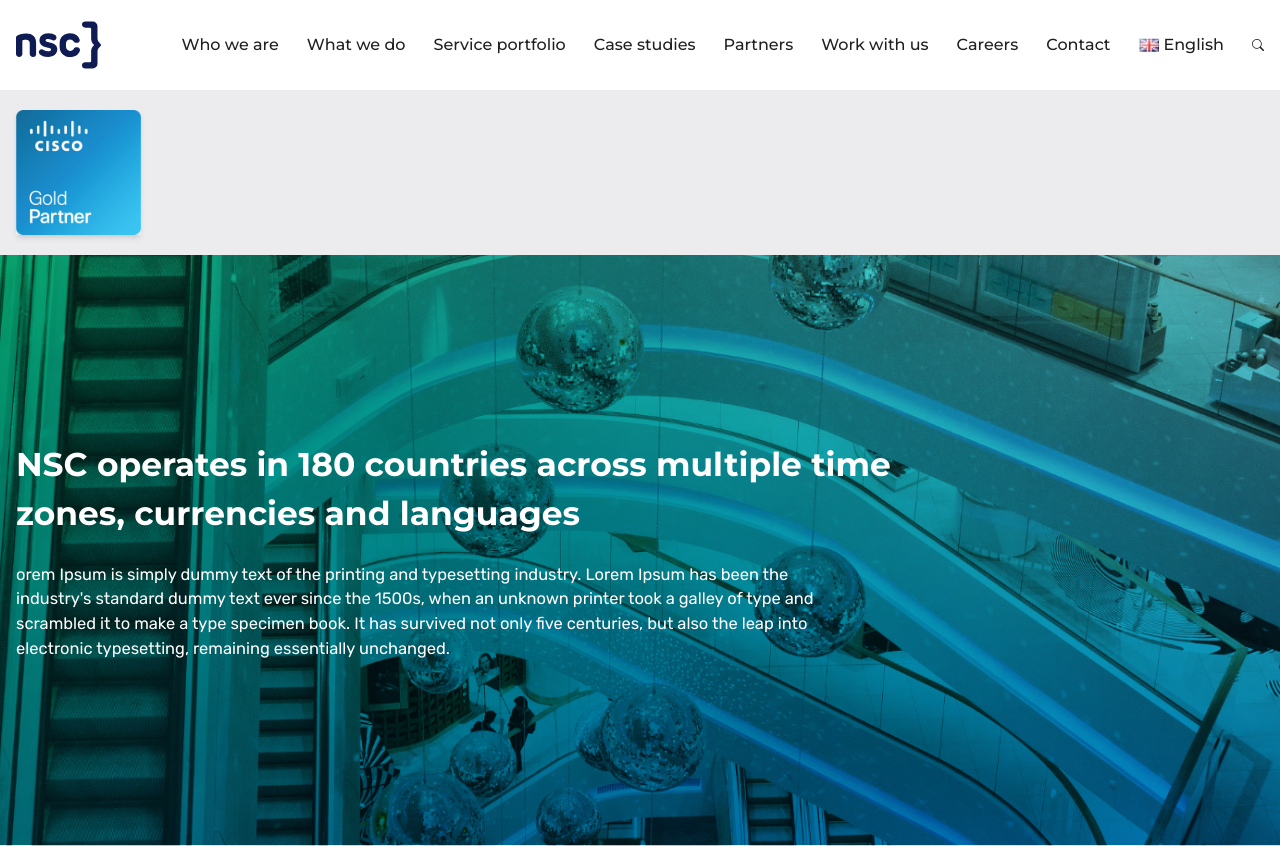
Repository: spaceship9999/ReactIsBack
Page: /
An editor plug-in stored every save of this project. The page is shown before and after the next save, followed by the edit.
The browser window is 1280 px wide. The pictures show the whole page.
The project was rebuilt for these pictures with package versions that can differ from the ones it lists, and the page was loaded fresh each time. The framework's server and built-in components were replaced by stand-ins that run in the browser. Also part of the build but not shown: next.config.js.

Above is the page before, as saved 2023-03-25 00:48:22.

### src/app/layout.tsx
import './globals.scss'

export const metadata = {
  title: 'Create Next App',
  description: 'Generated by create next app',
}

export default function RootLayout({
  children,
}: {
  children: React.ReactNode
}) {
  return (
    <html lang="en">
      <body>{children}</body>
    </html>
  )
}

### src/app/page.tsx
import Link from "next/link";
import Header from "./Header";
import Award from "./Award";
import Banner from "./Banner";

export default function Home() {
  return (
    <main>
      <Header></Header>
      <Award/>
      <Banner
        heading="NSC operates in 180 countries across multiple time zones, currencies and languages"
        image="/img/Cisco_Banner.png" content="orem Ipsum is simply dummy text of the printing and typesetting industry. Lorem Ipsum has been the industry's standard dummy text ever since the 1500s, when an unknown printer took a galley of type and scrambled it to make a type specimen book. It has survived not only five centuries, but also the leap into electronic typesetting, remaining essentially unchanged." position={""}/>
    </main>
  )
}

### src/app/globals.scss
@tailwind base;
@tailwind components;
@tailwind utilities;

@import "./scss/fonts";
@import "./scss/global";
@import "./scss/typography";

### src/app/Header.tsx
import Link from "next/link";

export default function Header() {
    return (
        <div className="container py-5">
            <div className="flex justify-between items-center">
                <Link href="/" >
                    <Logo className="w-[85px] h-[50px]" />
                </Link>
                <nav className="flex gap-7 font-montserrat font-medium text-grey">
                    <Link href="/who-we-are" >
                        Who we are
                    </Link>
                    <Link href="/what-we-do" >
                        What we do
                    </Link>
                    <Link href="/what-we-do" >
                        Service portfolio
                    </Link>
                    <Link href="/what-we-do" >
                        Case studies
                    </Link>
                    <Link href="/what-we-do" >
                        Partners
                    </Link>
                    <Link href="/what-we-do" >
                        Work with us
                    </Link>
                    <Link href="/what-we-do" >
                        Careers
                    </Link>
                    <Link href="/what-we-do" >
                        Contact
                    </Link>
                    <button className="flex items-center gap-x-1">
                        <img src="/img/gb-flag.png" className="w-full"/>
                        English
                    </button>
                    <button>
                        <Search/>
                    </button>
                </nav>
            </div>
        </div>
    )
}


const Logo = (props : { className: string}) => {
    const { className } = props;
    return (
        <svg className={className} xmlns="http://www.w3.org/2000/svg" viewBox="0 0 283.4 156" preserveAspectRatio="xMinYMid meet">
            <path id="nsc_global_logo" d="M67,107.8a10.074,10.074,0,0,1-10,9.9c-5.9.2-11.2-4.5-11.2-9.9V71.6c0-7.4-4.1-11.5-12.4-11.5-6.3,0-12.2.6-12.2,4.2v43.5c0,5.4-4.4,9.9-10.9,9.9-4.9,0-10.3-4.4-10.3-9.9V54.2c0-3.6,1-5.3,3.5-7C8,44,18.6,39.3,34,39.3c21.6,0,33,11.2,33,31.2Zm48.8-37.6L106,68c-6.4-1.4-7.3-3.2-7.3-5,0-3,3.1-4.7,8.6-4.7a31.5,31.5,0,0,1,10.9,2.5,19.538,19.538,0,0,0,7.6,2,8.7,8.7,0,0,0,6.7-3.1,10.468,10.468,0,0,0,2.5-7.6,9.067,9.067,0,0,0-3.5-6.6c-4.9-4-13.9-6.5-23.5-6.5-18,0-29.7,9.6-29.7,24.4,0,11.1,7.4,18.9,21.3,22.5,3.8,1,4.8,1.2,6.8,1.6.9.2,1.9.4,3.5.8,6.2,1.5,7.1,3.5,7.1,5.3,0,4.6-6.5,5.1-9.3,5.1a31.582,31.582,0,0,1-15.9-4.4,12.9,12.9,0,0,0-6.2-2A9.431,9.431,0,0,0,78,96.2c-3,3.9-2.1,10,1.9,13.3,4.6,3.8,13,8.3,27.4,8.3,18.2,0,30.4-10.2,30.4-25.4-.1-11.4-7.2-18.7-21.9-22.2Zm95.9,19.2c-2.2-2.9-6.3-4.2-10-4-4.7.2-7.3,1.7-9,4.9-2.7,4.7-6.5,7.3-12.2,7.3-7.8,0-12.9-4.9-13.7-12.9a95.4,95.4,0,0,1,0-13.1c.8-7.7,5.8-12.1,13.7-12.1a13.278,13.278,0,0,1,11.2,6.1c2.7,3.9,5.7,5.1,8.8,5.2,3.7.2,8-.7,10.6-3.9,1.4-1.7,1.7-4.3,1-7C209.8,51,199,39.2,179.9,39.2c-19,0-33.1,12.1-34.2,29.5a152.151,152.151,0,0,0,0,19.1c1.5,17.5,15.9,30.3,34.2,30.3,19.1,0,29.9-10.6,33-21.3.8-3.3.1-5.7-1.2-7.4Zm60,12.3c0-14.8,11.7-17.8,11.7-23.7s-11.7-8.9-11.7-23.7V15.9A15.939,15.939,0,0,0,255.8,0H231c-6.1,0-11,4-11,10,0,6.3,5.1,10.3,11.1,10.3h14.6a4.739,4.739,0,0,1,4.8,4.8V54.3c0,18.9,9.7,20.5,9.7,23.7s-9.7,4.9-9.7,23.7v29.2a4.739,4.739,0,0,1-4.8,4.8H231.1c-6,0-11.1,3.9-11.1,10.3,0,6,4.9,10,11.1,10h24.8a15.938,15.938,0,0,0,15.9-15.9V101.7Z" fill="#0f1c54"></path>
        </svg>
    )
}

const Search = () => {
    return (
        <svg xmlns="http://www.w3.org/2000/svg" className="w-3 h-3" fill="currentColor" viewBox="0 0 16 16">
            <path d="M11.742 10.344a6.5 6.5 0 1 0-1.397 1.398h-.001c.03.04.062.078.098.115l3.85 3.85a1 1 0 0 0 1.415-1.414l-3.85-3.85a1.007 1.007 0 0 0-.115-.1zM12 6.5a5.5 5.5 0 1 1-11 0 5.5 5.5 0 0 1 11 0z" />
        </svg>
    )
}

### src/app/Award.tsx
export default function Award() {
    return (
        <div className="bg-light-grey py-5">
            <div className="container">
                <img className="w-[125px] shadow-md" src="/img/cisco-partner-o.png"/>
            </div>
        </div>
    )
}

### src/app/Banner.tsx

interface BannerProps {
    heading: string;
    content: string;
    image: string;
    position: string;
}



export default function Banner({heading, content, image, position = "center"}: BannerProps) {
    return (
        <div className="py-20 md:py-24 lg:py-[185px] relative">
            <img src={image}
             className={`absolute inset-0 w-full h-full object-cover ${position === 'center' ? 'object-center': 'object-start'}`}/>
             <div className="container">
                <div className="flex flex-col items-center relative z-10 text-white md:max-w-[910px]">
                    <h2 className="text-white font-montserrat t-36 font-bold mb-6">{heading}</h2>
                    <div className="font-rubik t-24 lg:pr-20">
                        { content }
                    </div>
                </div>
             </div>
        </div>
    )
}

### src/app/scss/_fonts.scss
@font-face {
    font-family: 'Rubik';
    font-display: swap;
    font-style: italic;
    src: url(/fonts/Rubik-Italic-VariableFont_wght.ttf) format('truetype'),
}

@font-face {
    font-family: 'Rubik';
    font-display: swap;
    font-style: normal;
    src: url(/fonts/Rubik-VariableFont_wght.ttf) format('truetype'),
}

@font-face {
    font-family: 'Montserrat';
    font-display: swap;
    font-style: normal;
    src: url(/fonts/Montserrat-VariableFont_wght.ttf) format('truetype'),
}

@font-face {
    font-family: 'Montserrat';
    font-display: swap;
    font-style: italic;
    src: url(/fonts/Montserrat-Italic-VariableFont_wght.ttf) format('truetype'),
}

### src/app/scss/_global.scss
.container {
    width: 100%;
    max-width: 1408px;
    padding-left: 1rem;
    padding-right: 1rem;
}

### src/app/scss/_typography.scss
.t-36 {
    font-size: clamp(24px, 2.571vw, 36px);
}

.t-24 {
    font-size: clamp(16px, 1.286vw, 24px);
}

### tailwind.config.js
/** @type {import('tailwindcss').Config} */
/** @type {import('tailwindcss').Config} */
module.exports = {
  content: [
    "./app/**/*.{js,ts,jsx,tsx}",
    "./pages/**/*.{js,ts,jsx,tsx}",
    "./components/**/*.{js,ts,jsx,tsx}",

    // Or if using `src` directory:
    "./src/**/*.{js,ts,jsx,tsx}",
  ],
  theme: {
    extend: {
      fontFamily: {
        "montserrat": ["Montserrat", 'sans-serif'],
        "rubik": ["Rubik", 'sans-serif'],
      },
      container: {
        center: true,
      },
      colors: {
        "grey": "#202020",
        "light-grey": "#ECECEE",
      }
    },
  },
  plugins: [],
}

After the next save:
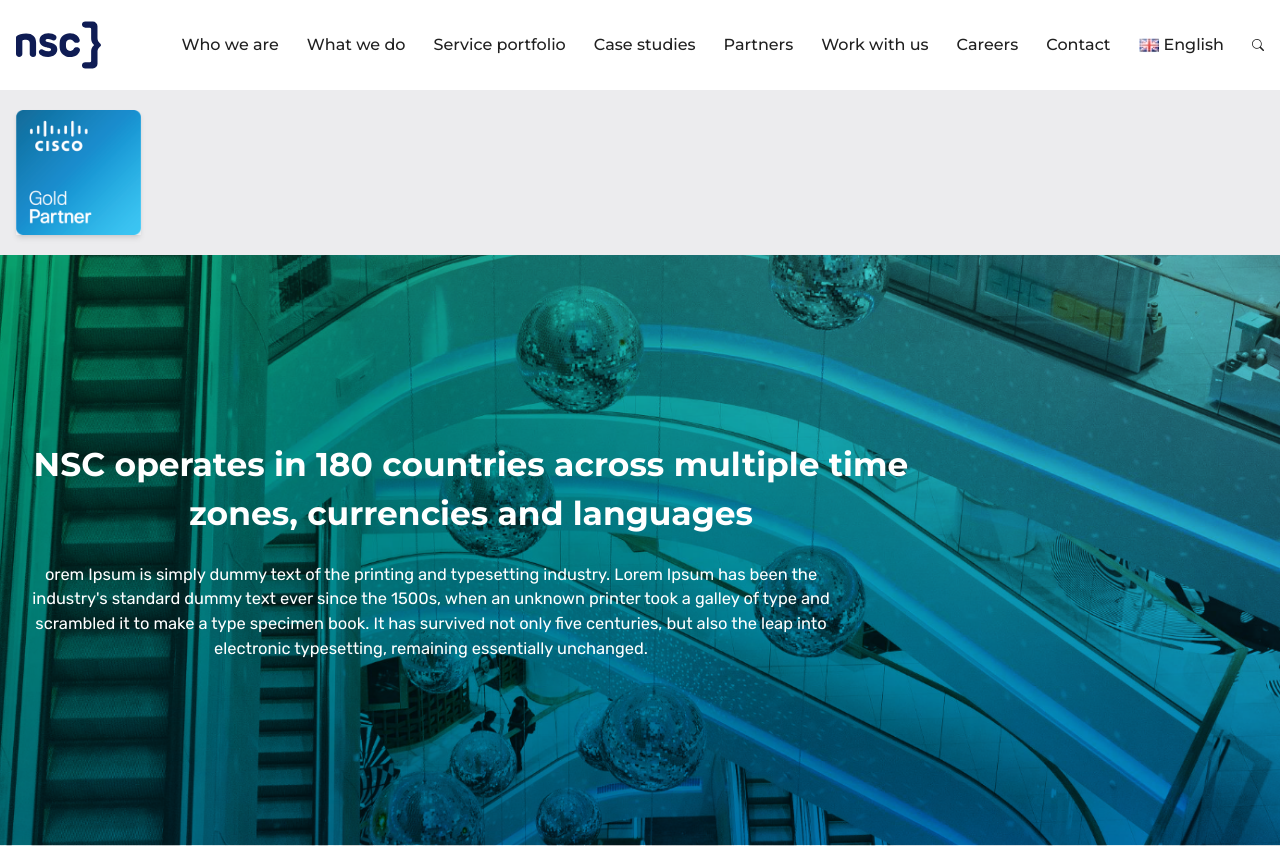
Saved 26 s later.
--- a/src/app/Banner.tsx
+++ b/src/app/Banner.tsx
@@ -14,7 +14,7 @@
             <img src={image}
              className={`absolute inset-0 w-full h-full object-cover ${position === 'center' ? 'object-center': 'object-start'}`}/>
              <div className="container">
-                <div className="flex flex-col items-center relative z-10 text-white md:max-w-[910px]">
+                <div className="flex flex-col items-center relative z-10 text-white md:max-w-[910px] text-center">
                     <h2 className="text-white font-montserrat t-36 font-bold mb-6">{heading}</h2>
                     <div className="font-rubik t-24 lg:pr-20">
                         { content }

After the save that followed:
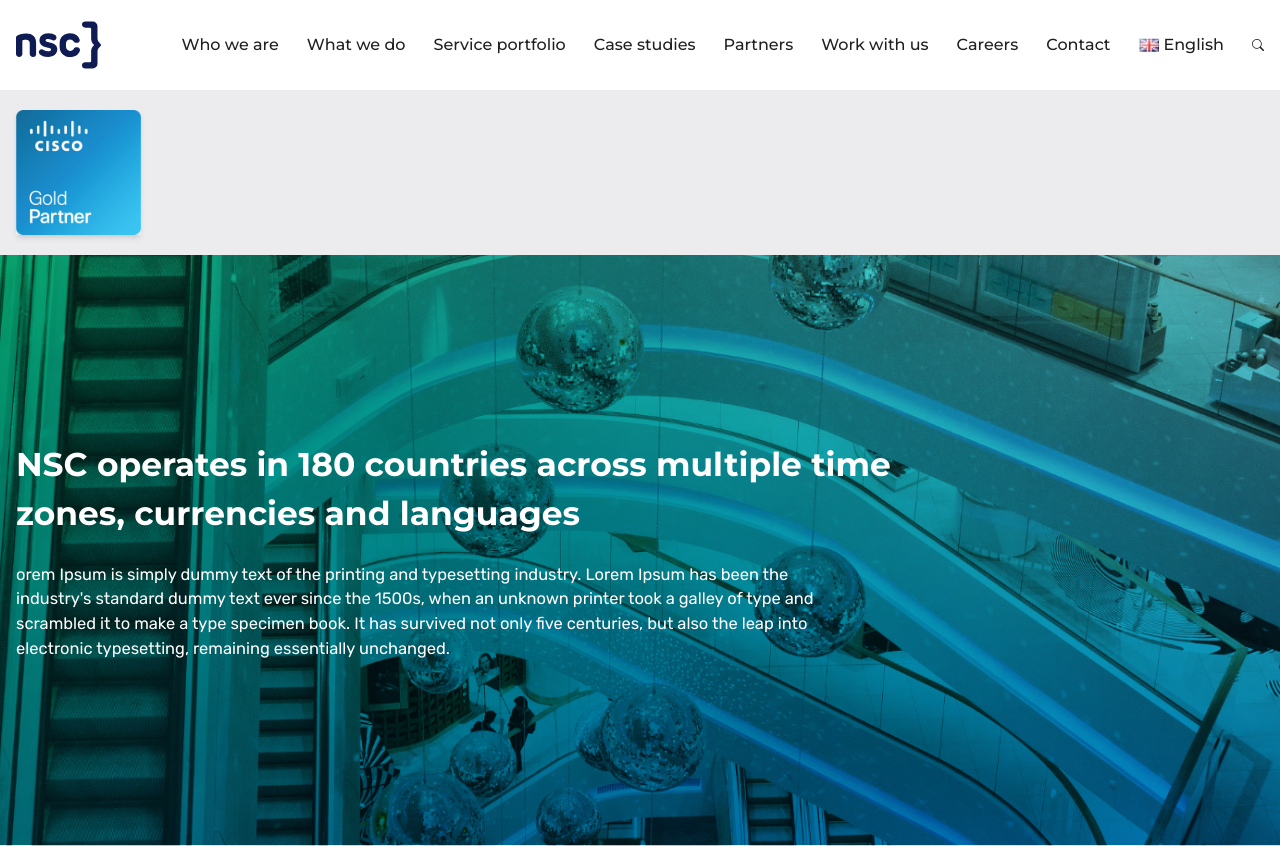
Saved 34 s later.
--- a/src/app/Banner.tsx
+++ b/src/app/Banner.tsx
@@ -14,7 +14,7 @@
             <img src={image}
              className={`absolute inset-0 w-full h-full object-cover ${position === 'center' ? 'object-center': 'object-start'}`}/>
              <div className="container">
-                <div className="flex flex-col items-center relative z-10 text-white md:max-w-[910px] text-center">
+                <div className="flex flex-col items-center relative z-10 text-white md:max-w-[910px] text-center md:text-left">
                     <h2 className="text-white font-montserrat t-36 font-bold mb-6">{heading}</h2>
                     <div className="font-rubik t-24 lg:pr-20">
                         { content }
